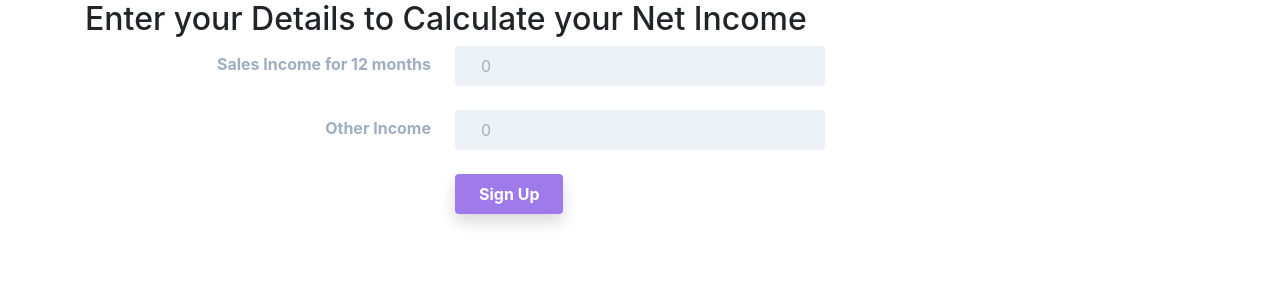
Repository: latenightsnacc/Financial-Forecast
Page: financial-forecast.html
These files come from the project's save history. The page is drawn as it stood at one moment and after the next save; the edit follows.
The browser window is 1280 px wide. The pictures show the whole page.

Above is the page before, as saved 2020-11-15 11:33:44.

After the next save:
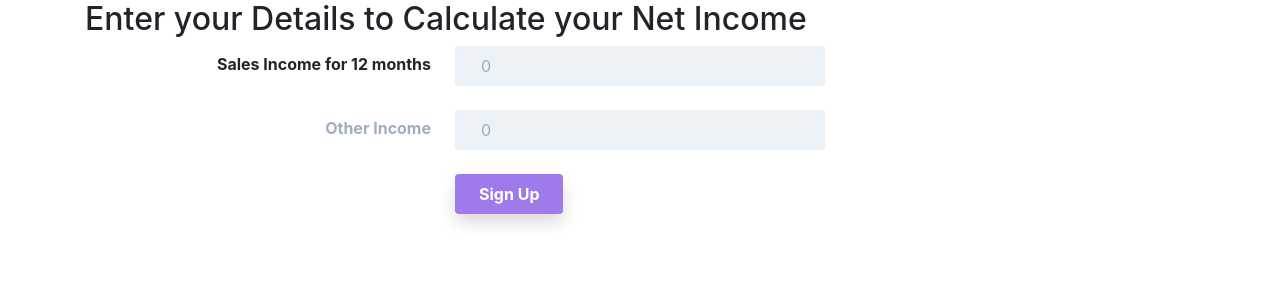
Saved 14 s later.
--- a/financial-forecast.html
+++ b/financial-forecast.html
@@ -25,7 +25,7 @@
                 <!--Sales Income-->
                 <div class="md:flex md:items-center mb-6">
                   <div class="md:w-1/3">
-                    <label class="block text-gray-500 font-bold md:text-right mb-1 md:mb-0 pr-4" for="inline-full-name" placeholder="0">
+                    <label class="block text-black-500 font-bold md:text-right mb-1 md:mb-0 pr-4" for="inline-full-name" placeholder="0">
                       Sales Income for 12 months
                     </label>
                   </div>
